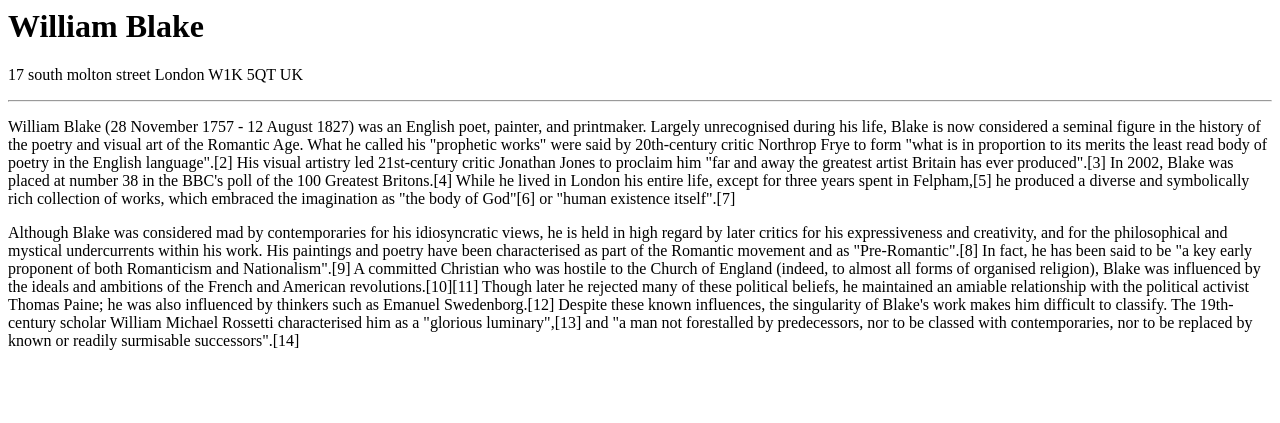
Repository: logan-lampton/python
Page: web-foundation/poet.html
The author's editor kept a copy of each file at every save. The page is drawn from the files as they stood at one save, then again after the next save.
The browser window is 1280 px wide. The pictures show the whole page.

Above is the page before, as saved 2023-08-23 15:38:07.

After the next save:
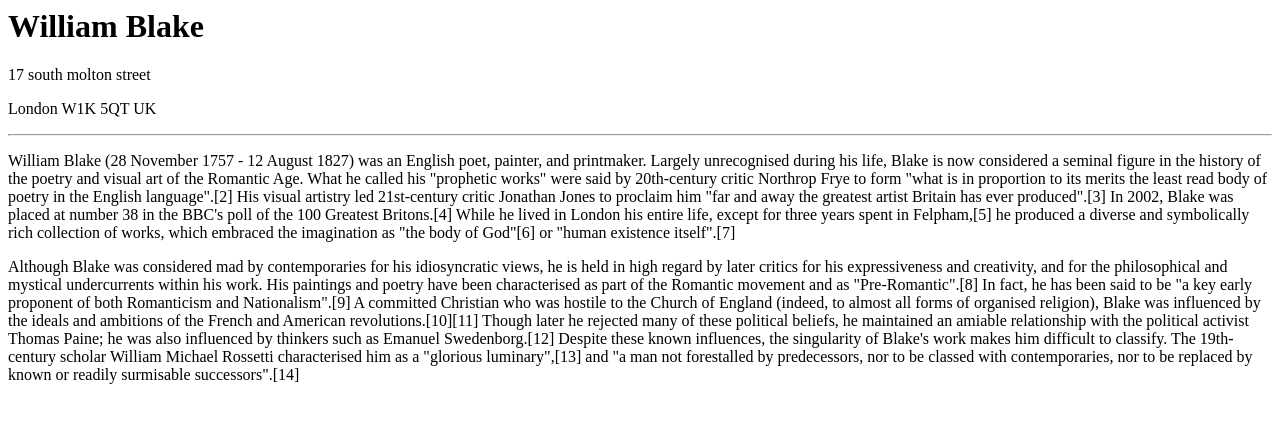
Saved 14 s later.
--- a/web-foundation/poet.html
+++ b/web-foundation/poet.html
@@ -1,6 +1,6 @@
 <h1>William Blake</h1>
 
-<p>17 south molton street London W1K 5QT UK</p>
+<p>17 south molton street</p> London W1K 5QT UK</p>
 <hr />
 
 <p>
